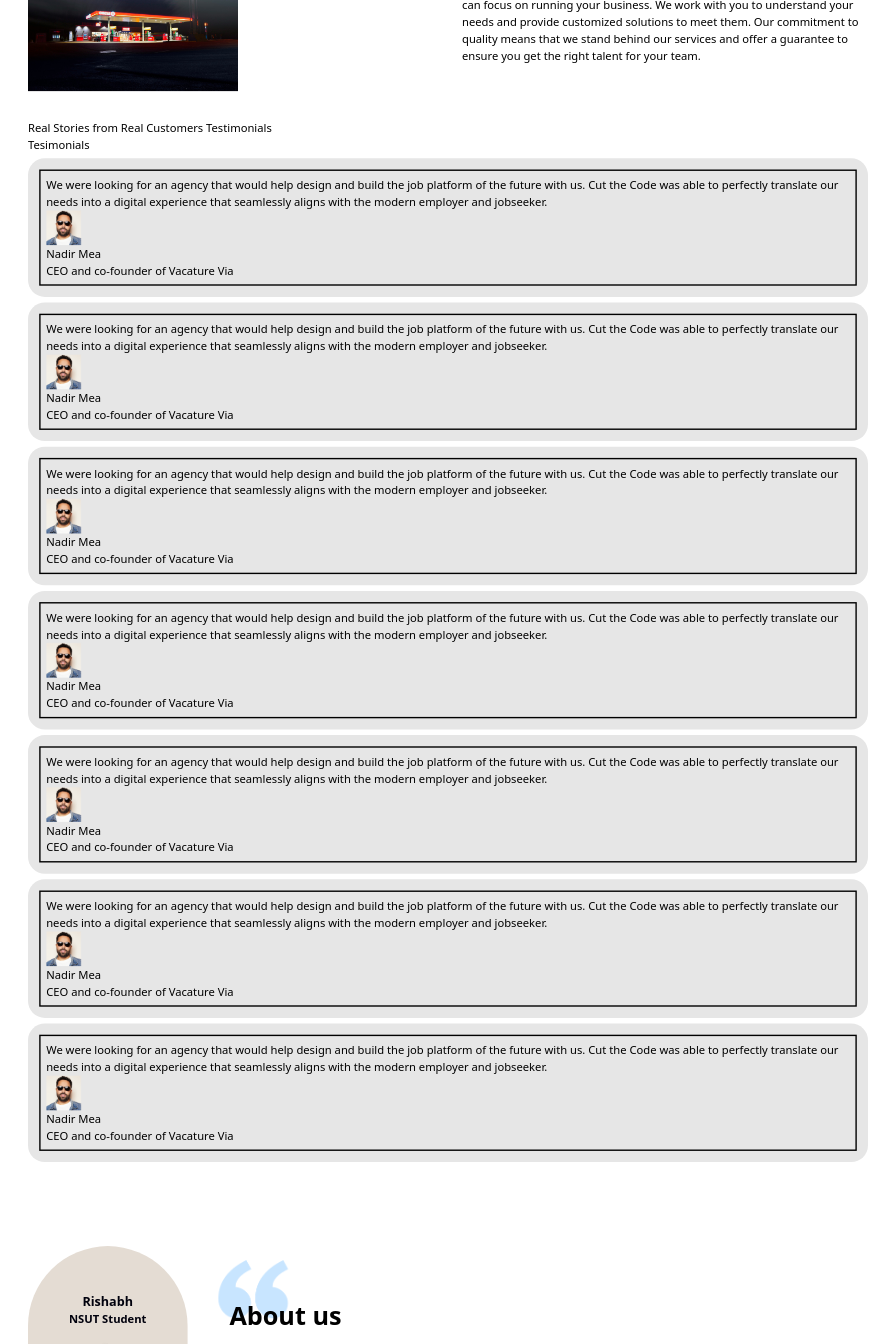
Repository: ayushtenguria/uniteksol
Page: /
An editor plug-in stored every save of this project. The page is shown before and after the next save, followed by the edit.
The browser window is 1280 px wide. The pictures show the part of the page from y = 1253 to 3173 px (the page is 4082 px tall before and 3970 px after), at 70% of full size.
The project was rebuilt for these pictures with package versions that can differ from the ones it lists, and the page was loaded fresh each time. The framework's server and built-in components were replaced by stand-ins that run in the browser. Also part of the build but not shown: next.config.mjs.

Above is the page before, as saved 2024-02-23 20:35:36.

After the next save:
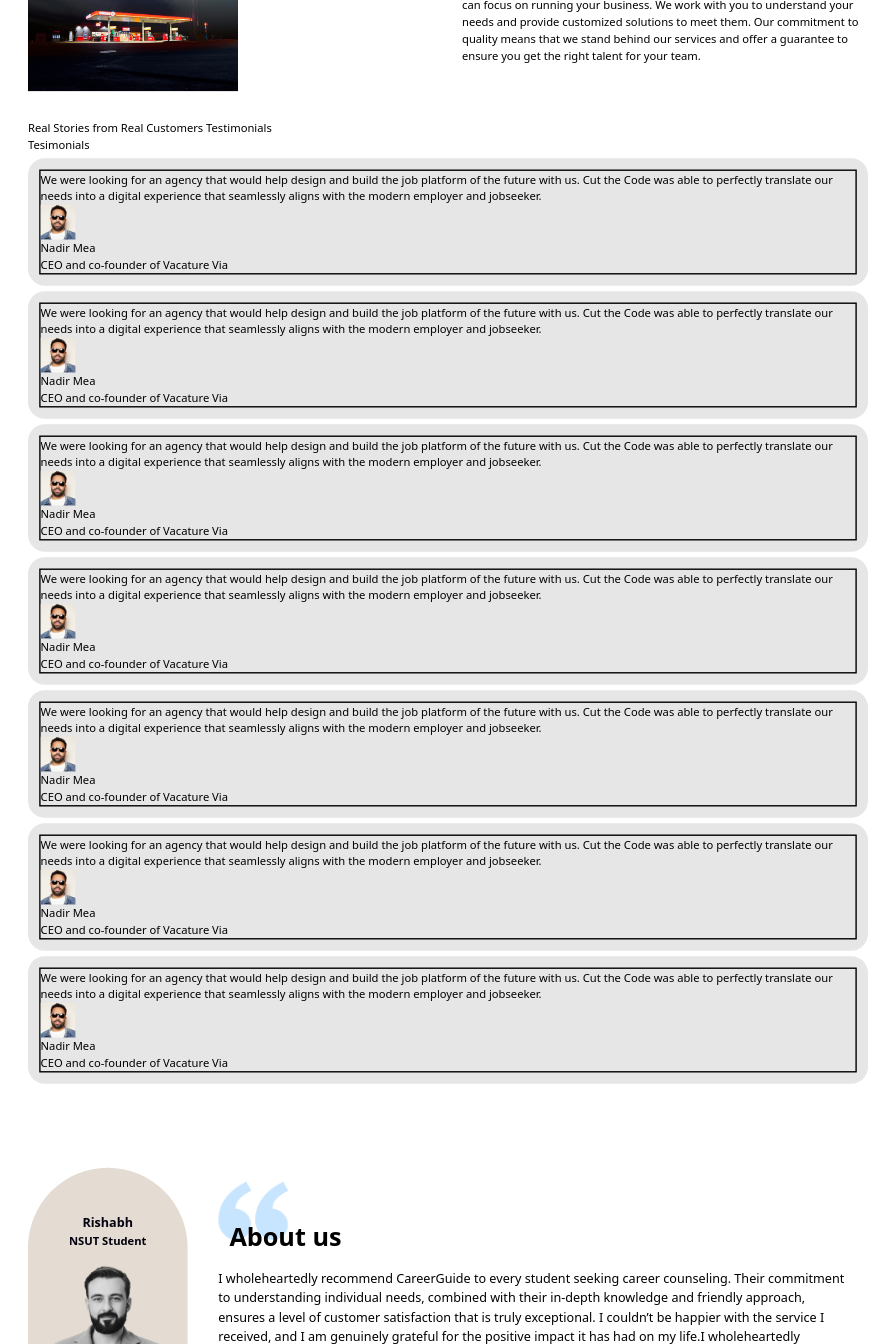
Saved 16 s later.
--- a/components/Testimonials.js
+++ b/components/Testimonials.js
@@ -12,7 +12,7 @@
             <p>Tesimonials</p>
             {TESTIMONIALS.map((t)=>(
                 <Card>
-                    <div className="border-2 border-black p-2">
+                    <div className="border-2 border-black">
                     <div>
                         {t.description}
                     </div>

After the save that followed:
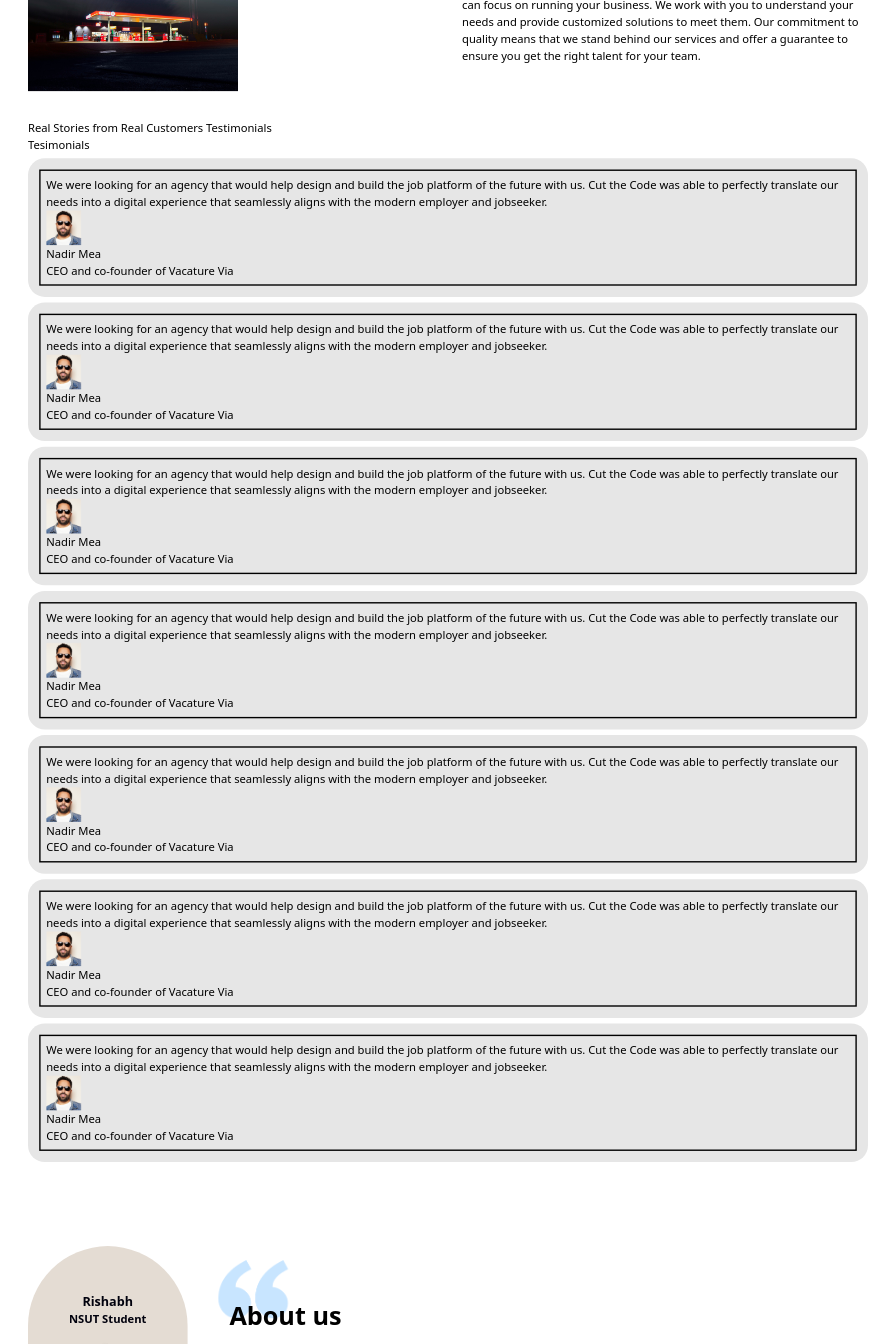
Saved 4 s later.
--- a/components/Testimonials.js
+++ b/components/Testimonials.js
@@ -12,7 +12,7 @@
             <p>Tesimonials</p>
             {TESTIMONIALS.map((t)=>(
                 <Card>
-                    <div className="border-2 border-black">
+                    <div className="border-2 border-black p-2">
                     <div>
                         {t.description}
                     </div>
